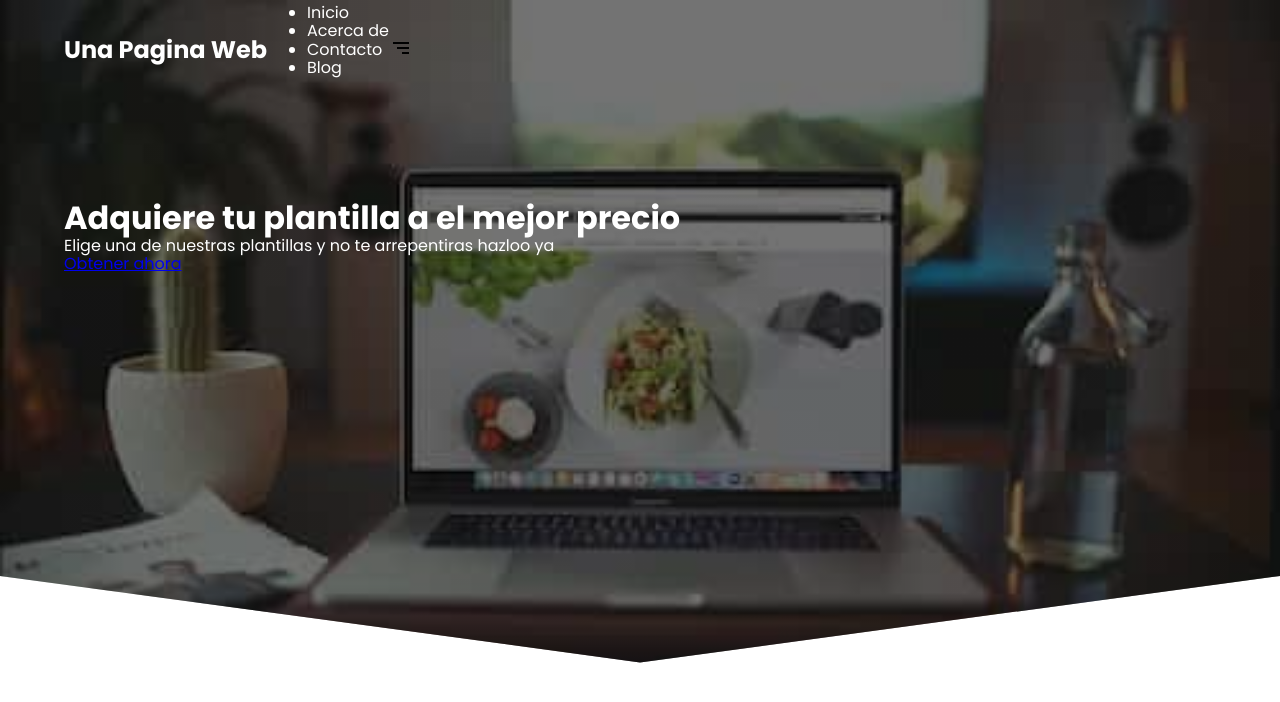
Repository: cega17/una-pagina-web
Page: index.html
These files come from the project's save history. The page is drawn as it stood at one moment and after the next save; the edit follows.
The browser window is 1280 px wide. The pictures show the whole page.

Above is the page before, as saved 2023-10-28 18:50:38.

After the next save:
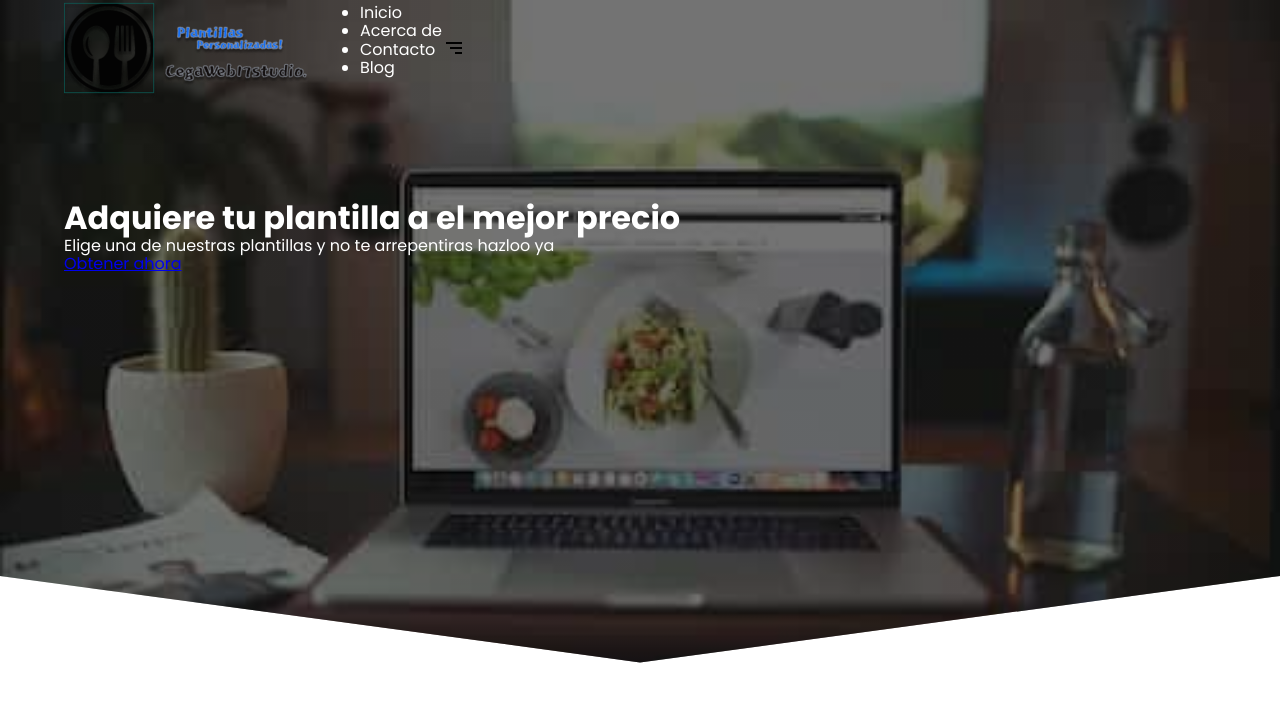
Saved 33 min 6 s later.
--- a/index.html
+++ b/index.html
@@ -22,7 +22,7 @@
     <header class="hero">
         <nav class="nav container">
             <div class="nav__logo">
-                <h2 class="nav__title">Una Pagina Web</h2>
+                <img src="./imgs/logo.ico" alt="" class="nav__title">
             </div>
 
             <ul class="nav__links nav__link--menu">
